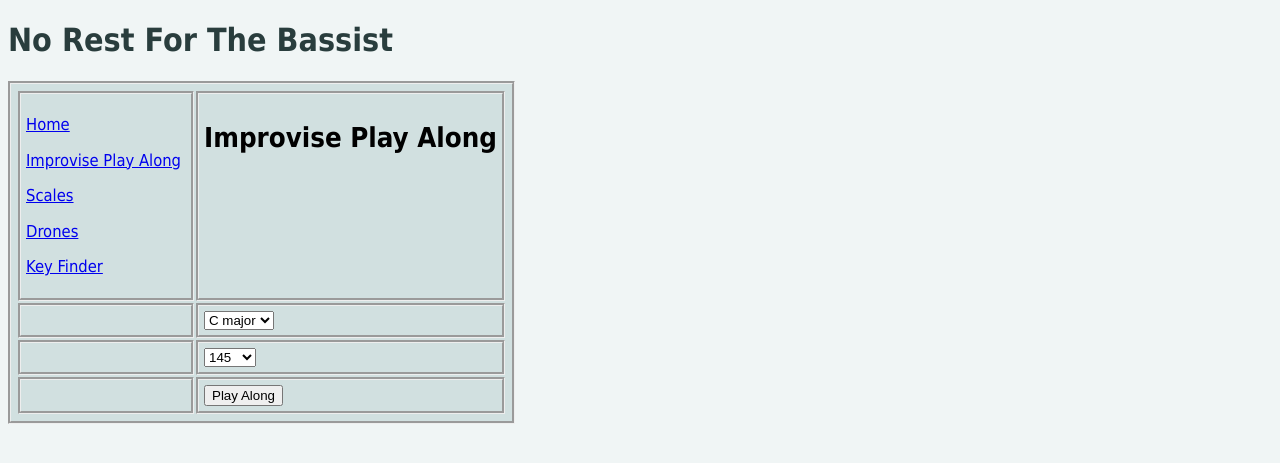
Repository: jenboyle/norestforthebassist
Page: http://localhost/norestforthebassist/improvise.jsp
An editor plug-in stored every save of this project. The page is shown before and after the next save, followed by the edit.
The browser window is 1280 px wide. The pictures show the whole page.
The page is served by Tomcat 9.

Above is the page before, as saved 2021-04-28 21:57:04.

After the next save:
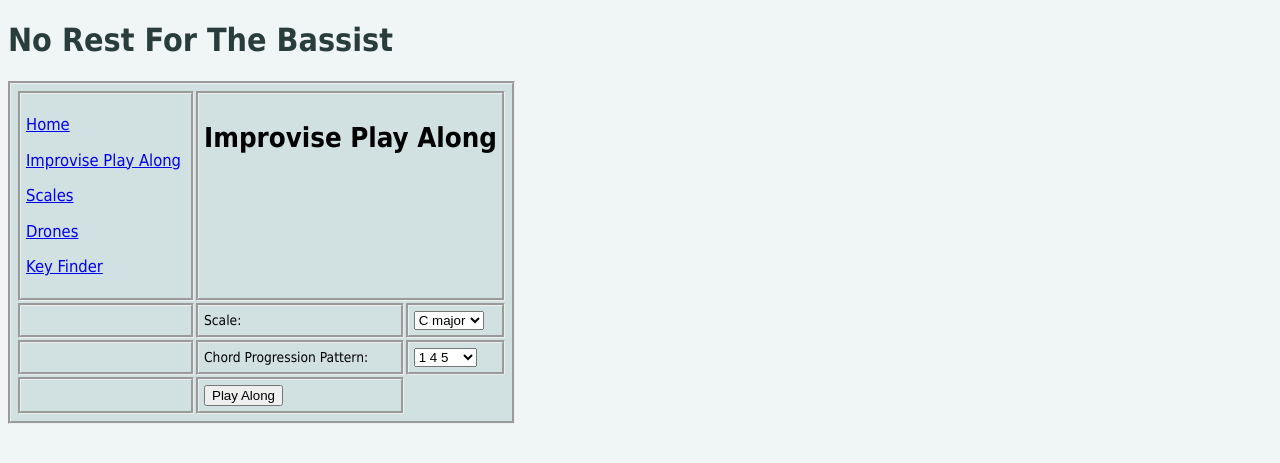
Saved 6 min 10 s later.
--- a/norestforthebassist/src/main/webapp/improvise.jsp
+++ b/norestforthebassist/src/main/webapp/improvise.jsp
@@ -8,19 +8,23 @@
 <title>No Rest For The Bassist</title>
 </head>
 <body>
-<form action="anyscale.jsp?scalename=cmajor&title=C Major Scale&id=1">
+<form action="anyscale.jsp">
+  <input type="hidden" name="scalename" value="cmajor" />
+  <input type="hidden" name="title" value="C Major Scale" />
+  <input type="hidden" name="id" value="1" />
     <h1>No Rest For The Bassist</h1>
     <table>
         <tr>
             <td style = "width: 160px;">
                 <jsp:include page="sidebar.html" flush="true"/>
             </td>
-            <td style = "vertical-align: top">
+            <td style = "vertical-align: top" colspan="2">
                 <h2>Improvise Play Along</h2>
             </td>
             </tr>
             <tr>
                 <td/>
+                <td>Scale:</td>
                 <td>
                 <select name="improvise_scale" id="improvise_scale">
                     <option value="Cmajor" selected>C major</option>
@@ -35,11 +39,12 @@
 			</tr>
 			<tr>
 			    <td/>
+			    <td>Chord Progression Pattern:</td>
 				<td>
 				<select name="improvise_pattern" id="improvise_pattern">
-                    <option value="1|4|5" selected>145</option>
-  					<option value="1|5|6|4">1564</option>
-  					<option value="2|5|1">251</option>
+                    <option value="1|4|5" selected>1 4 5</option>
+  					<option value="1|5|6|4">1 5 6 4</option>
+  					<option value="2|5|1">2 5 1</option>
 				</select>
             </td>
         </tr>
